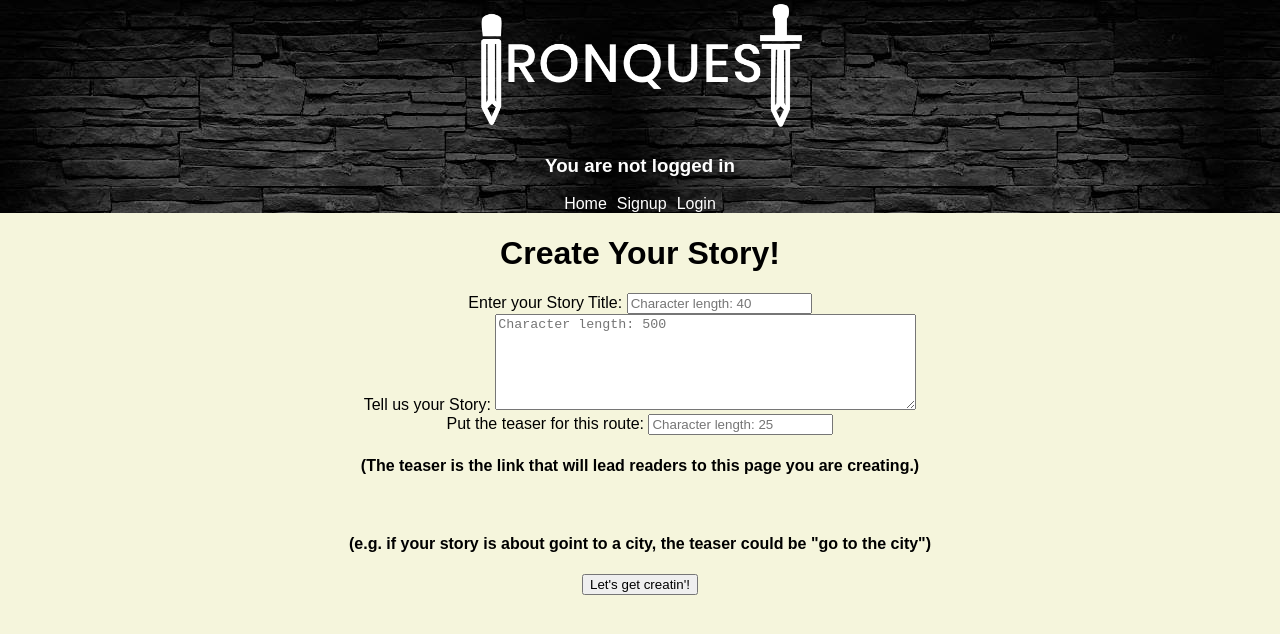
Repository: MikeTroianello/project4
Page: /createstory (app in client/)
These files come from the project's save history. The page is drawn as it stood at one moment and after the next save; the edit follows.
The browser window is 1280 px wide. The pictures show the whole page.
The project was rebuilt for these pictures with package versions that can differ from the ones it lists, and the page was loaded fresh each time. Also part of the build but not shown: client/src/components/pages/StoryPage.jsx, client/src/components/pages/ReadStory.jsx, client/src/components/pages/Home.jsx, client/src/components/pages/Login.jsx, client/src/components/pages/Signup.jsx, client/src/components/pages/Profile.jsx.

Above is the page before, as saved 2019-03-22 12:11:22.

After the next save:
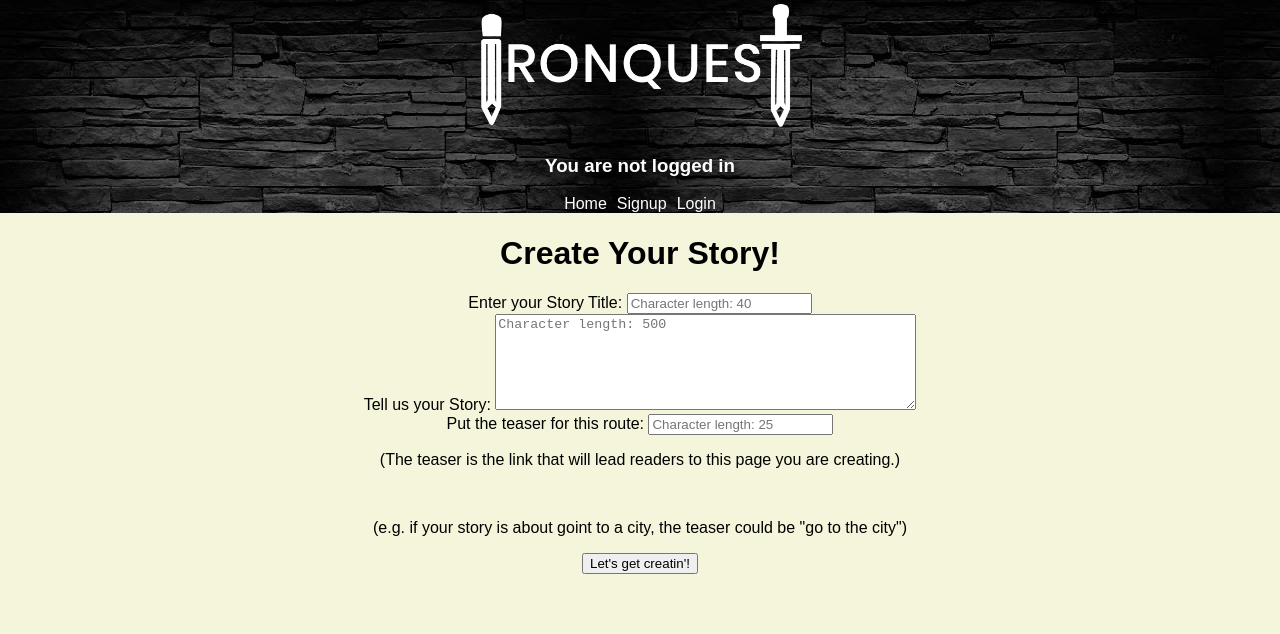
Saved 18 s later.
--- a/client/src/components/pages/CreateStory.jsx
+++ b/client/src/components/pages/CreateStory.jsx
@@ -72,8 +72,8 @@
             placeholder="Character length: 25"
             onChange={this.handleInputChange}
             /> <br></br>
-            <h4>(The teaser is the link that will lead readers to this page you are creating.)</h4><br></br>
-            <h4>(e.g. if your story is about goint to a city, the teaser could be "go to the city")</h4>
+            <p>(The teaser is the link that will lead readers to this page you are creating.)</p><br></br>
+            <p>(e.g. if your story is about goint to a city, the teaser could be "go to the city")</p>
           {/* <button onClick={(e) => this.handleClick}>Let's get creatin'!</button> */}
           <button>Let's get creatin'!</button>
 
